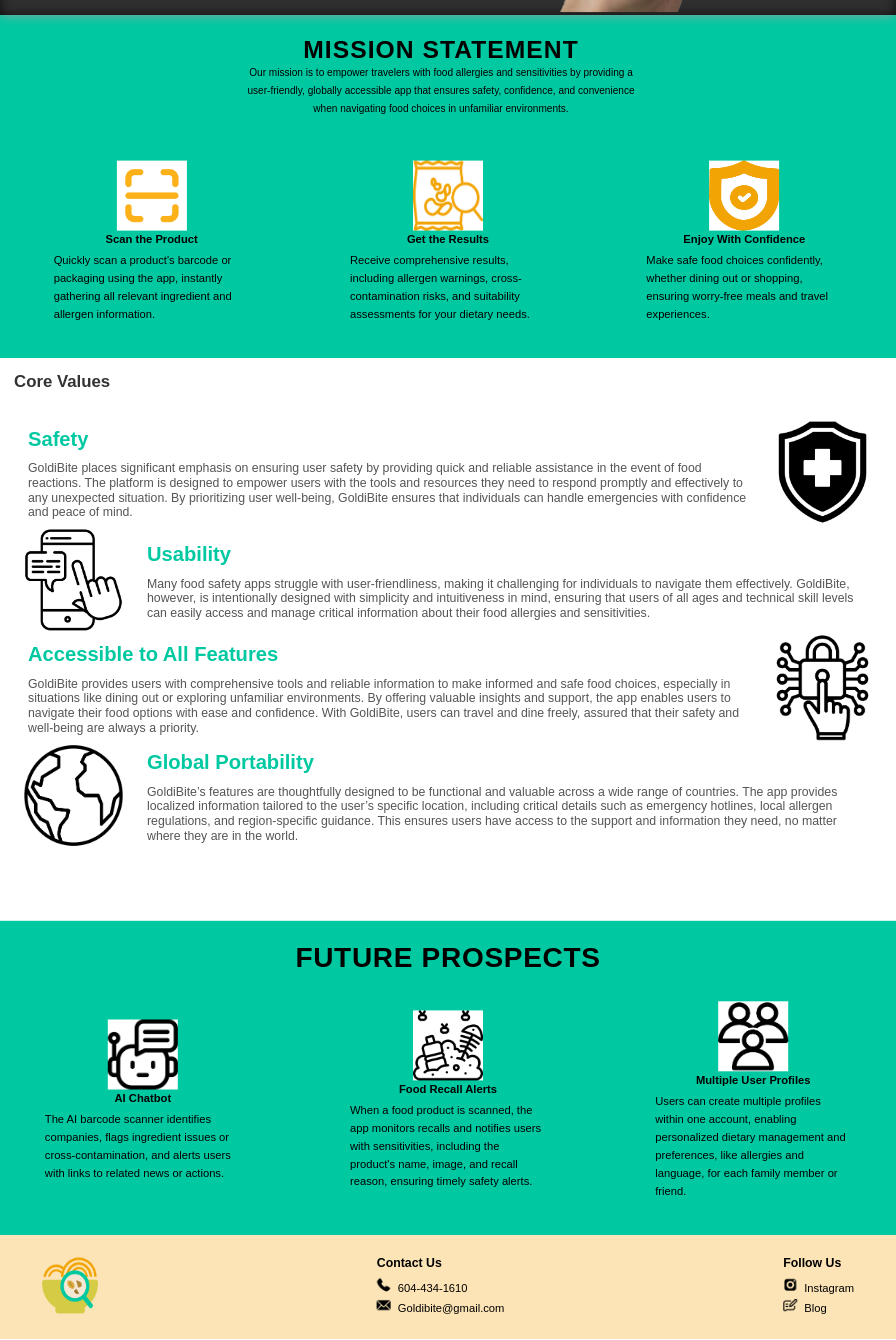
Repository: GavinPahal/landingpage
Page: /
An editor plug-in stored every save of this project. The page is shown before and after the next save, followed by the edit.
The browser window is 1280 px wide. The pictures show the part of the page from y = 698 to 2618 px (the page is 2612 px tall before and 2618 px after), at 70% of full size.
Pictures or frames that could not be fetched are drawn as grey boxes. The project was rebuilt for these pictures with package versions that can differ from the ones it lists, and the page was loaded fresh each time. The framework's server and built-in components were replaced by stand-ins that run in the browser. Also part of the build but not shown: next.config.mjs.

Above is the page before, as saved 2024-11-30 21:00:48.

### pages/_app.js
// pages/_app.js
import "@/styles/globals.css"; // Import the global CSS file

function MyApp({ Component, pageProps }) {
  return <Component {...pageProps} />;
}

export default MyApp;

### pages/index.js
// pages/index.js
import Hero from "../components/Hero";
import Features from "../components/Features";
import Footer from "../components/Footer";
import Product from "../components/Product"
import Value from "../components/Value"

export default function Home() {
  return (
    <div>
      <Hero />
      <Features />
      <Value />
      <Product />
      <Footer />
    </div>
  );
}

### styles/globals.css
/* Global Styles */
* {
  margin: 0;
  padding: 0;
  box-sizing: border-box;
}

body {
  font-family: Arial, sans-serif;
  color: #333;
  overflow-x: hidden; /* Prevent horizontal overflow */
}

/* Hero Section */
.hero {
  display: flex;
  position: relative;
  height: 100vh;
  width: 100%;
  background-color: #2d2d2d;
}

.imageWrapper {
  position: relative;
  width: 100%;
  height: 100%;
}

.imageContainer {
  position: absolute;
  top: 0;
  left: 0;
  width: 100%;
  height: 100%;
  filter: blur(8px);
  object-fit: cover;
}

.overlay {
  position: absolute;
  top: 0;
  left: 0;
  width: 100%;
  height: 100%;
  background: rgba(0, 0, 0, 0.7);
  color: white;
  display: flex;
  flex-direction: column;
  justify-content: center;
  align-items: flex-start;
  padding: 60px 40px;
  text-align: left;
  z-index: 1;
}

.heroTitle {
  display: flex;
  align-items: center;
  margin-bottom: 40px;
}

.heroTitle img {
  margin-right: 20px;
  margin-top: 20px;
}

.heroTitle h1 {
  font-size: 2rem;
  font-weight: bold;
  color: #ffffff;
  text-transform: uppercase;
}

/* Tagline Styles */
.tagline {
  font-size: 5rem;
  font-weight: bold;
  margin-bottom: 0;
  color: #ffffff;
  text-shadow: 3px 3px 5px rgba(0, 0, 0, 0.8);
  line-height: 1.1;
  letter-spacing: 1.5px;
  display: block;
  max-width: 100%;
}

.bestNature,
.appEver {
  display: block;
  font-size: 3rem;
}

/* Subhead Lines */
.subTagline {
  font-size: 1.3rem;
  margin-top: 20px;
  margin-bottom: 40px;
  line-height: 1.6;
  max-width: 600px;
  color: white;
  text-align: center;
}

/* Individual Subhead Classes */
.demoText {
  font-size: 1.4rem;
  color: #ffffff;
  font-weight: 600;
  margin-bottom: 10px;
  display: block;
}

.natureText {
  font-size: 1.2rem;
  color: #ffffff;
  margin-top: 10px;
  font-weight: 400;
  display: block;
  letter-spacing: 0.5px;
  font-style: italic;
  margin-left: 0px;
}

/* CTA Button */
.ctaButton {
  background-color: #00C9A2;
  color: #ffffff;
  padding: 15px 40px;
  font-size: 1.4rem;
  border: none;
  border-radius: 50px;
  margin-top: 60px;
  cursor: pointer;
  transition: background-color 0.3s, transform 0.3s;
  text-decoration: none;
  box-shadow: 0 4px 6px rgba(0, 0, 0, 0.15);
}

.ctaButton:hover {
  background-color: #035343;
  transform: scale(1.05);
}

.ctaButton:focus {
  outline: none;
}

.rightImageWrapper {
  position: absolute;
  left: 62%;
  bottom: 0;
  width: 400px;
  z-index: 2;
  margin-top: 100px;
}

.rightImageContainer img {
  width: 100%;
  border-radius: 8px;
  object-fit: cover;
}

/* Mission Statement Section */
.missionStatement {
  color: rgb(0, 0, 0);
  text-align: center;
  border-radius: 10px;
  max-width: 900px;
}

.missionStatement h1 {
  font-size: 2.2rem;
  margin-left: 20rem;
  font-weight: bold;
  text-transform: uppercase;
  letter-spacing: 1.5px;
  text-align: center;
}

.missionStatement p {
  font-size: 0.9rem;
  line-height: 1.8;
  color: #000000;
  max-width: 600px;
  margin: 0 auto;
  margin-left: 20rem;
  margin-bottom: 40px;
  text-align: center;
}

/* Features Section */
.features {
  padding: 30px 20px;
  text-align: center;
  background-color: #00C9A2;
}

.features h2 {
  font-size: 2.5rem;
  font-weight: bold;
  color: #000000;
  margin-bottom: 20px;
  text-transform: uppercase;
  letter-spacing: 1px;
}

.infoCards {
  display: flex;
  flex-wrap: wrap;
  justify-content: space-around;
  gap: 30px;
}

.card {
  text-align: center;
  margin: 0 auto;
  padding: 20px;
}


.card h3 {
  font-size: 1rem;
  font-weight: 600;
  color: #000000;
  margin-bottom: 8px;
}

.card p {
  font-size: 1rem;
  line-height: 1.6;
  color: #000000;
  max-width: 280px;
  margin: 0 auto;
  text-align: left;
}

/* Footer Section */
.footer {
  background: #FCE4B6;
  color: rgb(0, 0, 0);
  padding: 30px 20px;
}

.footer-content {
  display: flex;
  justify-content: space-between;
  align-items: center;
  max-width: 1200px;
  margin: 0 auto;
  padding: 0 20px;
}

.footer-contact,
.footer-social {
  text-align: left;
}

.footer-contact h3,
.footer-social h3 {
  font-size: 1.1rem;
  margin-bottom: 10px;
}

.footer-contact p,
.footer-social p {
  font-size: 1rem;
  margin: 5px 0;
}

.footer-contact p a,
.footer-social p a {
  text-decoration: none;
  color: black;
}

.contact-icon,
.social-icon {
  margin-right: 10px;
}

/* Core Values Section */
.coreValues {
  display: flex;
  flex-direction: column;
  gap: 40px; /* Adjusted gap between value cards */
  padding: 20px;
  margin-bottom: 80px;
}

.valueCard {
  display: flex;
  flex-wrap: wrap;
  justify-content: space-between;
  align-items: center;
  gap: 20px;
  margin-bottom: 60px; /* Adjusted margin-bottom */
}

.textContent {
  flex: 1;
  padding: 10px;
}

.textContent h3 {
  color: #00C9A2;
  font-size: 1.8rem;
  margin-bottom: 15px;
}

.textContent p {
  font-size: 1.1rem;
  color: #555;
}

.imageContent img {
  max-width: 220px;
}

/* Responsive Design */
@media (max-width: 1024px) {
  .hero {
    flex-direction: column;
  }

  .imageWrapper {
    width: 100%;
    height: 60%; /* Adjust for smaller screens */
  }

  .overlay {
    padding: 40px 30px;
  }

  .heroTitle h1 {
    font-size: 1.8rem;
  }

  .tagline {
    font-size: 4.5rem;
  }

  .subTagline {
    font-size: 1.2rem;
  }

  .ctaButton {
    font-size: 1.2rem;
    padding: 12px 30px;
  }

  .rightImageWrapper {
    position: absolute;
    left: 50%;
    bottom: 10%;
    width: 70%;
    margin-top: 0;
    transform: translateX(-50%);
  }

  .missionStatement {
    padding: 30px 15px;
  }

  .features h2 {
    font-size: 2.2rem;
  }

  .infoCards {
    flex-direction: column;
    gap: 20px;
  }

  .card img {
    width: 80px;
    height: 80px;
  }

  .coreValues {
    padding: 20px;
  }

  .valueCard {
    flex-direction: column;
  }

  .textContent h3 {
    font-size: 1.6rem;
  }

  .textContent p {
    font-size: 1rem;
  }
}

@media (max-width: 430px) {
  .heroTitle h1 {
    font-size: 1.4rem;
  }

  .tagline {
    font-size: 3rem;
  }

  .ctaButton {
    font-size: 1rem;
    padding: 10px 20px;
  }

  .rightImageWrapper {
    width: 80%;
  }

  .missionStatement {
    padding: 20px;
  }

  .features h2 {
    font-size: 1.8rem;
  }

  .infoCards {
    flex-direction: column;
    gap: 10px;
  }

  .card img {
    width: 70px;
    height: 70px;
  }

  .footer-content {
    flex-direction: column;
    align-items: center;
  }

  .coreValues .valueCard {
    flex-direction: column;
  }

  .textContent h3 {
    font-size: 1.4rem;
  }

  .textContent p {
    font-size: 1rem;
  }
}

### components/Hero.js
import Image from "next/image";

export default function Hero() {
  return (
    <section className="hero">
      <div className="imageWrapper">
        <div className="imageContainer">
          <Image
            src="/images/grocey.jpg"
            alt="Nature Image"
            layout="fill"
            objectFit="cover"
          />
        </div>
        <div className="overlay">
          <div className="heroTitle">
            <Image
              src="/images/logo.webp"
              alt="Goldibite Logo"
              width={50}
              height={50}
            />
            <h1>Goldibite</h1>
          </div>
          <p className="tagline">
            <span className="bestNature">YOUR BUDDY FOR</span>
            <span className="appEver">FOOD SAFETY</span>
          </p>
          <p className="subTagline">
            <span className="demoText">Get a demo and try our new app.</span>
            <span className="natureText">The Right Bite, Every Time</span>
          </p>
          <a href="#demo" className="ctaButton">
            TRY DEMO
          </a>
        </div>
      </div>

      <div className="rightImageWrapper">
        <div className="rightImageContainer">
          <Image
            src="/images/phone.png"
            alt="New Image"
            layout="intrinsic"
            width={500}
            height={500}
          />
        </div>
      </div>
    </section>
  );
}

### components/Features.js
import Image from "next/image";

export default function Features() {
  return (
    <section className="features">
      {/* Mission Statement Section */}
      <section class="missionStatement">
  <h1>Mission Statement</h1>
  <p>
    Our mission is to empower travelers with food allergies and sensitivities by providing a user-friendly, globally accessible app that ensures safety, confidence, and convenience when navigating food choices in unfamiliar environments.
  </p>
</section>


      <div className="infoCards">
        {/* Feature 1 */}
        <div className="card">
          <div className="iconWrapper">
            <Image
              src="/images/iconamoon_scanner (1).jpg"
              alt="Feature 1"
              width={100}
              height={100}
            />
          </div>
          <h3>Scan the Product</h3>
          <p>
            Quickly scan a product's barcode or packaging using the app, instantly gathering all relevant ingredient and allergen information.
          </p>
        </div>
        {/* Feature 2 */}
        <div className="card">
          <div className="iconWrapper">
            <Image
              src="/images/magnifying.jpg"
              alt="Feature 2"
              width={100}
              height={100}
            />
          </div>
          <h3>Get the Results</h3>
          <p>
            Receive comprehensive results, including allergen warnings, cross-contamination risks, and suitability assessments for your dietary needs.
          </p>
        </div>
        {/* Feature 3 */}
        <div className="card">
          <div className="iconWrapper">
            <Image
              src="/images/Confident.jpg"
              alt="Feature 3"
              width={100}
              height={100}
            />
          </div>
          <h3>Enjoy With Confidence</h3>
          <p>
            Make safe food choices confidently, whether dining out or shopping, ensuring worry-free meals and travel experiences.
          </p>
        </div>
      </div>
    </section>
  );
}

### components/Footer.js
import React from "react";
import Image from "next/image";

export default function Footer() {
  return (
    <footer className="footer">
      <div className="footer-content">
        <div className="footer-logo">
          <a href="#" aria-label="Goldibite Home">
            <Image
              src="/images/logo.webp"
              alt="Goldibite Logo"
              width={80}
              height={80}
            />
          </a>
        </div>
        <div className="footer-contact">
          <h3>Contact Us</h3>
          <p>
            <a href="tel:6044341610" aria-label="Call Goldibite">
              <Image
                src="/images/phone-call.png"
                alt="Phone Icon"
                width={20}
                height={20}
                className="contact-icon"
              />
              604-434-1610
            </a>
          </p>
          <p>
            <a href="mailto:Goldibite@gmail.com" aria-label="Email Goldibite">
              <Image
                src="/images/email.png"
                alt="Email Icon"
                width={20}
                height={20}
                className="contact-icon"
              />
              Goldibite@gmail.com
            </a>
          </p>
        </div>
        <div className="footer-social">
          <h3>Follow Us</h3>
          <p>
            <a
              href="https://www.instagram.com"
              target="_blank"
              rel="noopener noreferrer"
              aria-label="Goldibite Instagram"
            >
              <Image
                src="/images/social-media.png"
                alt="Instagram Icon"
                width={20}
                height={20}
                className="social-icon"
              />
              Instagram
            </a>
          </p>
          <p>
            <a href="/blog" aria-label="Goldibite Blog">
              <Image
                src="/images/blog.png"
                alt="Blog Icon"
                width={20}
                height={20}
                className="social-icon"
              />
              Blog
            </a>
          </p>
        </div>
      </div>
    </footer>
  );
}

### components/Product.js
import Image from "next/image";

export default function Features() {
  return (
    <section className="features">
      <h2>Future Prospects</h2>
      <div
        className="infoCards"
        style={{ gap: "20px", display: "flex", alignItems: "center" }}
      >
        <div className="card" style={{ margin: "0 10px" }}>
          <Image
            src="/images/chatbot.jpg"
            alt="Feature 1"
            width={100}
            height={100}
          />
          <h3>AI Chatbot</h3>
          <p>
            The AI barcode scanner identifies companies, flags ingredient issues
            or cross-contamination, and alerts users with links to related news
            or actions.
          </p>
        </div>

        {/* Arrow */}
        <div className="arrow"></div>

        <div className="card" style={{ margin: "0 10px" }}>
          <Image
            src="/images/trash.jpg"
            alt="Feature 2"
            width={100}
            height={100}
          />
          <h3>Food Recall Alerts</h3>
          <p>
            When a food product is scanned, the app monitors recalls and
            notifies users with sensitivities, including the product's name,
            image, and recall reason, ensuring timely safety alerts.
          </p>
        </div>

        {/* Arrow */}
        <div className="arrow"></div>

        <div className="card" style={{ margin: "0 10px" }}>
          <Image
            src="/images/profile 1.jpg"
            alt="Feature 3"
            width={100}
            height={100}
          />
          <h3>Multiple User Profiles</h3>
          <p>
            Users can create multiple profiles within one account, enabling
            personalized dietary management and preferences, like allergies and
            language, for each family member or friend.
          </p>
        </div>
      </div>
    </section>
  );
}

### components/Value.js
import Image from "next/image";

export default function Features() {
  return (
    <section className="coreValues">
      <div className="coreMission">
        <h1>Core Values</h1>
      </div>

      <div className="valueCards">
        <div className="valueCard" style={{ margin: "0 10px" }}>
          <div className="textContent">
            <h3>Safety</h3>
            <p>
              GoldiBite places significant emphasis on ensuring user safety by providing quick and reliable assistance in the event of food reactions. The platform is designed to empower users with the tools and resources they need to respond promptly and effectively to any unexpected situation. By prioritizing user well-being, GoldiBite ensures that individuals can handle emergencies with confidence and peace of mind.
            </p>
          </div>
          <div className="imageContent">
            <Image
              src="/images/health-insurance.jpg"
              alt="Feature 1"
              width={150}
              height={150}
            />
          </div>
        </div>

        {/* Usability */}
        <div className="valueCard reverseCard" style={{ margin: "0 10px" }}>
          <div className="imageContent">
            <Image
              src="/images/smartphone 1.jpg"
              alt="Feature 2"
              width={150}
              height={150}
            />
          </div>
          <div className="textContent">
            <h3>Usability</h3>
            <p>
              Many food safety apps struggle with user-friendliness, making it challenging for individuals to navigate them effectively. GoldiBite, however, is intentionally designed with simplicity and intuitiveness in mind, ensuring that users of all ages and technical skill levels can easily access and manage critical information about their food allergies and sensitivities.
            </p>
          </div>
        </div>

        {/* Accessible Features */}
        <div className="valueCard" style={{ margin: "0 10px" }}>
          <div className="textContent">
            <h3>Accessible to All Features</h3>
            <p>
              GoldiBite provides users with comprehensive tools and reliable information to make informed and safe food choices, especially in situations like dining out or exploring unfamiliar environments. By offering valuable insights and support, the app enables users to navigate their food options with ease and confidence. With GoldiBite, users can travel and dine freely, assured that their safety and well-being are always a priority.
            </p>
          </div>
          <div className="imageContent">
            <Image
              src="/images/access-control.jpg"
              alt="Feature 3"
              width={150}
              height={150}
            />
          </div>
        </div>

        {/* Global Portability */}
        <div className="valueCard reverseCard" style={{ margin: "0 10px" }}>
          <div className="imageContent">
            <Image
              src="/images/global.jpg"
              alt="Feature 4"
              width={150}
              height={150}
            />
          </div>
          <div className="textContent">
            <h3>Global Portability</h3>
            <p>
              GoldiBite’s features are thoughtfully designed to be functional and valuable across a wide range of countries. The app provides localized information tailored to the user’s specific location, including critical details such as emergency hotlines, local allergen regulations, and region-specific guidance. This ensures users have access to the support and information they need, no matter where they are in the world.
            </p>
          </div>
        </div>
      </div>
    </section>
  );
}

Loaded but not shown: pages/_document.js (common file)

After the next save:
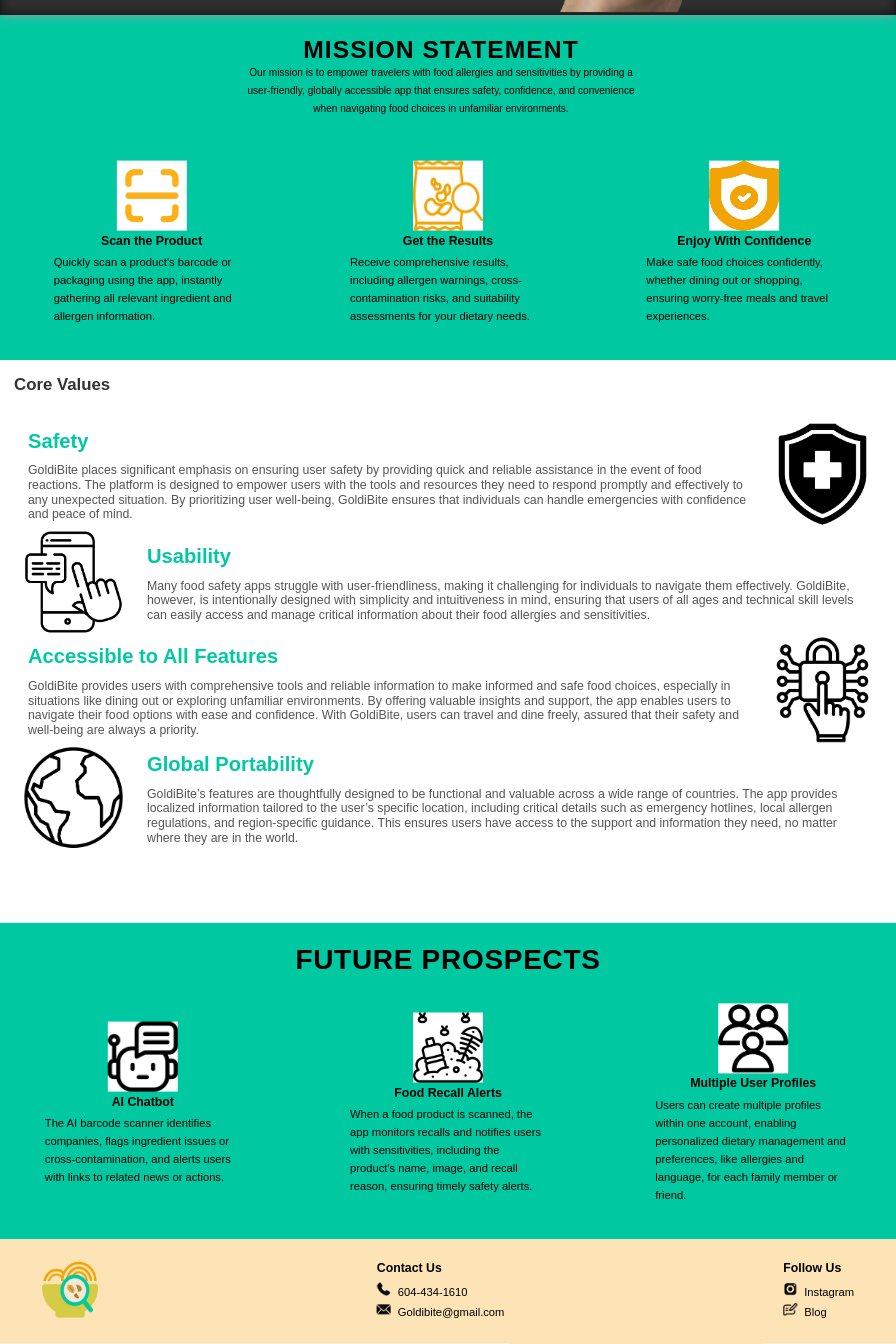
Saved 5 s later.
--- a/styles/globals.css
+++ b/styles/globals.css
@@ -219,7 +219,7 @@
 
 
 .card h3 {
-  font-size: 1rem;
+  font-size: 1.1rem;
   font-weight: 600;
   color: #000000;
   margin-bottom: 8px;
